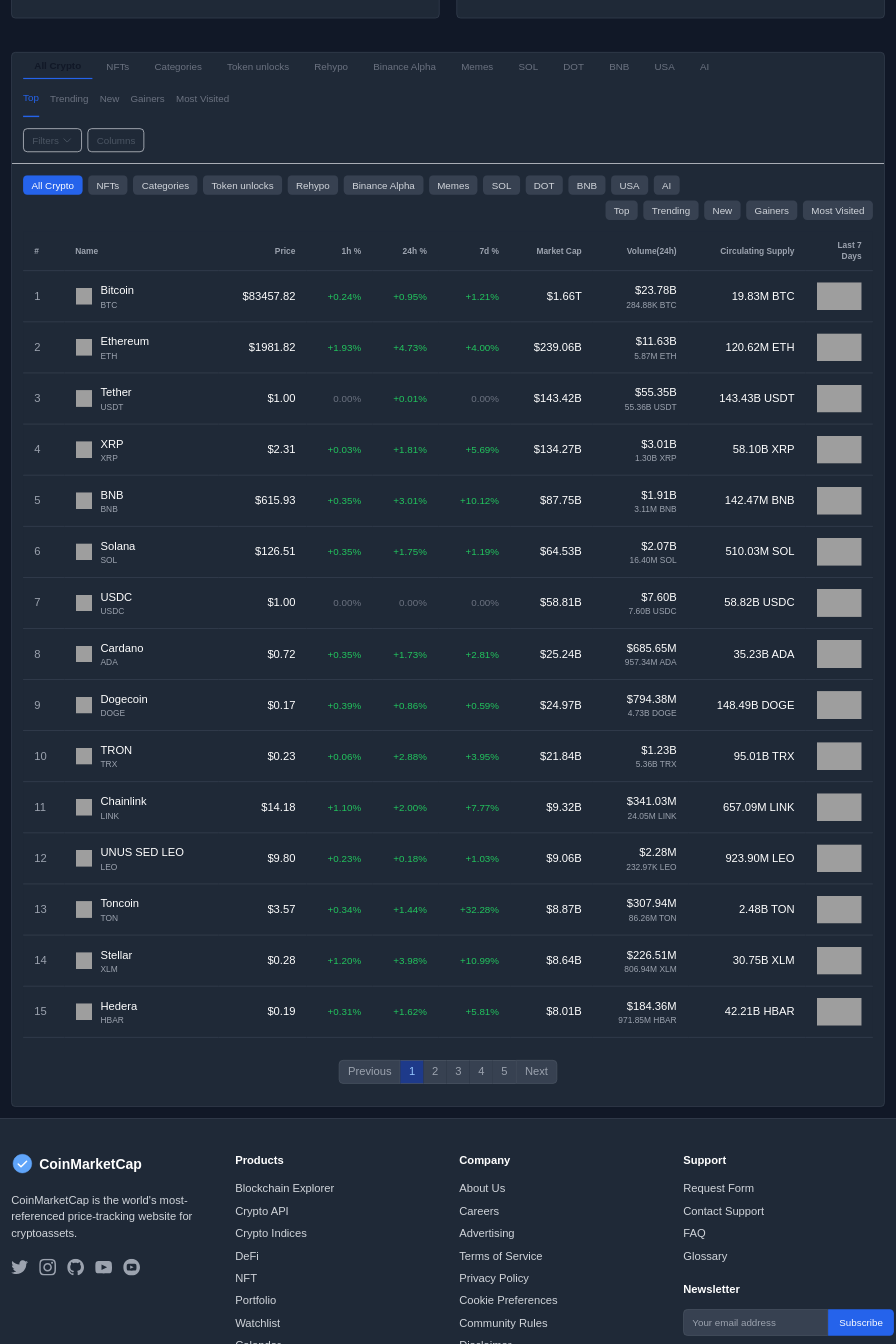
Repository: halilhaninan/testcmc
Page: /
The author's editor kept a copy of each file at every save. The page is drawn from the files as they stood at one save, then again after the next save.
The browser window is 1280 px wide. The pictures show the part of the page from y = 876 to 2796 px (the page is 2963 px tall before and 2883 px after), at 70% of full size.
Pictures or frames that could not be fetched are drawn as grey boxes. The project was rebuilt for these pictures with package versions that can differ from the ones it lists, and the page was loaded fresh each time. Also part of the build but not shown: vite.config.ts.

Above is the page before, as saved 2025-04-07 20:39:53.

### index.html
<!DOCTYPE html>
<html lang="en">

<head>
  <meta charset="UTF-8" />
  <link rel="icon" type="image/svg+xml" href="data:[embedded picture, 526 characters]" />
  <meta name="viewport" content="width=device-width, initial-scale=1.0" />
  <title>Cryptocurrency Prices, Charts, and Market Capitalizations | CoinMarketCap Clone</title>
  <meta name="description" content="A clone of CoinMarketCap - the world's most-referenced price-tracking website for cryptoassets in the rapidly growing cryptocurrency space." />
</head>

<body>
  <div id="root"></div>
  <script type="module" src="/src/main.tsx"></script>
</body>

</html>

### src/main.tsx
import { createRoot } from "react-dom/client";
import "./index.css";
import App from "./App.tsx";

const rootElement = document.getElementById("root");
if (!rootElement) {
  throw new Error("Failed to find root element");
}

createRoot(rootElement).render(<App />);

### src/index.css
@tailwind base;
@tailwind components;
@tailwind utilities;

body {
  font-family: Arial, Helvetica, sans-serif;
}

:root {
  --background: 0 0% 100%;
  --foreground: 240 10% 3.9%;
  --card: 0 0% 100%;
  --card-foreground: 240 10% 3.9%;
  --popover: 0 0% 100%;
  --popover-foreground: 240 10% 3.9%;
  --primary: 240 5.9% 10%;
  --primary-foreground: 0 0% 98%;
  --secondary: 240 4.8% 95.9%;
  --secondary-foreground: 240 5.9% 10%;
  --muted: 240 4.8% 95.9%;
  --muted-foreground: 240 3.8% 46.1%;
  --accent: 240 4.8% 95.9%;
  --accent-foreground: 240 5.9% 10%;
  --destructive: 0 84.2% 60.2%;
  --destructive-foreground: 0 0% 98%;
  --border: 240 5.9% 90%;
  --input: 240 5.9% 90%;
  --ring: 240 5.9% 10%;
  --radius: 0.5rem;
  --chart-1: 12 76% 61%;
  --chart-2: 173 58% 39%;
  --chart-3: 197 37% 24%;
  --chart-4: 43 74% 66%;
  --chart-5: 27 87% 67%;
}

.dark {
  --background: 240 10% 3.9%;
  --foreground: 0 0% 98%;
  --card: 240 10% 3.9%;
  --card-foreground: 0 0% 98%;
  --popover: 240 10% 3.9%;
  --popover-foreground: 0 0% 98%;
  --primary: 0 0% 98%;
  --primary-foreground: 240 5.9% 10%;
  --secondary: 240 3.7% 15.9%;
  --secondary-foreground: 0 0% 98%;
  --muted: 240 3.7% 15.9%;
  --muted-foreground: 240 5% 64.9%;
  --accent: 240 3.7% 15.9%;
  --accent-foreground: 0 0% 98%;
  --destructive: 0 62.8% 30.6%;
  --destructive-foreground: 0 0% 98%;
  --border: 240 3.7% 15.9%;
  --input: 240 3.7% 15.9%;
  --ring: 240 4.9% 83.9%;
  --chart-1: 220 70% 50%;
  --chart-2: 160 60% 45%;
  --chart-3: 30 80% 55%;
  --chart-4: 280 65% 60%;
  --chart-5: 340 75% 55%;
}

@layer utilities {
  .no-scrollbar::-webkit-scrollbar {
    display: none;
  }

  .no-scrollbar {
    -ms-overflow-style: none;  /* IE and Edge */
    scrollbar-width: none;  /* Firefox */
  }
}

### src/App.tsx
import React from "react";
import Header from "./components/layout/Header";
import Footer from "./components/layout/Footer";
import GlobalStats from "./components/ui/GlobalStats";
import TrendingSection from "./components/ui/TrendingSection";
import FilterTabs from "./components/ui/FilterTabs";
import CryptoTable from "./components/ui/CryptoTable";
import { ThemeProvider } from "./context/ThemeContext";

function App() {
  return (
    <ThemeProvider>
      <div className="flex min-h-screen flex-col bg-gray-50 transition-colors duration-200 dark:bg-gray-900">
        <Header />
        <main className="flex-grow">
          <GlobalStats />
          <TrendingSection />
          <div className="container mx-auto px-4 py-4">
            <div className="overflow-hidden rounded-md border border-gray-200 bg-white shadow-sm transition-colors duration-200 dark:border-gray-700 dark:bg-gray-800">
              <FilterTabs />
              <CryptoTable />
            </div>
          </div>
        </main>
        <Footer />
      </div>
    </ThemeProvider>
  );
}

export default App;

### src/components/ui/CryptoTable.tsx
import React from "react";
import { cryptocurrencies } from "../../data/mockData";
import {
  formatCurrency,
  formatCurrencyWithDecimals,
  formatNumber,
  formatSupply,
  getPercentClass,
} from "../../utils/formatters";

const CryptoTable: React.FC = () => {
  return (
    <div className="container mx-auto overflow-x-auto px-4">
      {/* Filters and Categories */}
      <div className="mb-4 flex flex-wrap items-center gap-2 text-sm">
        <div className="flex flex-wrap gap-2">
          <button className="rounded-md bg-blue-600 px-3 py-1 text-white">All Crypto</button>
          <button className="rounded-md bg-gray-100 px-3 py-1 text-gray-700 hover:bg-gray-200 dark:bg-gray-700 dark:text-gray-300 dark:hover:bg-gray-600">
            NFTs
          </button>
          <button className="rounded-md bg-gray-100 px-3 py-1 text-gray-700 hover:bg-gray-200 dark:bg-gray-700 dark:text-gray-300 dark:hover:bg-gray-600">
            Categories
          </button>
          <button className="rounded-md bg-gray-100 px-3 py-1 text-gray-700 hover:bg-gray-200 dark:bg-gray-700 dark:text-gray-300 dark:hover:bg-gray-600">
            Token unlocks
          </button>
          <button className="rounded-md bg-gray-100 px-3 py-1 text-gray-700 hover:bg-gray-200 dark:bg-gray-700 dark:text-gray-300 dark:hover:bg-gray-600">
            Rehypo
          </button>
          <button className="rounded-md bg-gray-100 px-3 py-1 text-gray-700 hover:bg-gray-200 dark:bg-gray-700 dark:text-gray-300 dark:hover:bg-gray-600">
            Binance Alpha
          </button>
          <button className="rounded-md bg-gray-100 px-3 py-1 text-gray-700 hover:bg-gray-200 dark:bg-gray-700 dark:text-gray-300 dark:hover:bg-gray-600">
            Memes
          </button>
          <button className="rounded-md bg-gray-100 px-3 py-1 text-gray-700 hover:bg-gray-200 dark:bg-gray-700 dark:text-gray-300 dark:hover:bg-gray-600">
            SOL
          </button>
          <button className="rounded-md bg-gray-100 px-3 py-1 text-gray-700 hover:bg-gray-200 dark:bg-gray-700 dark:text-gray-300 dark:hover:bg-gray-600">
            DOT
          </button>
          <button className="rounded-md bg-gray-100 px-3 py-1 text-gray-700 hover:bg-gray-200 dark:bg-gray-700 dark:text-gray-300 dark:hover:bg-gray-600">
            BNB
          </button>
          <button className="rounded-md bg-gray-100 px-3 py-1 text-gray-700 hover:bg-gray-200 dark:bg-gray-700 dark:text-gray-300 dark:hover:bg-gray-600">
            USA
          </button>
          <button className="rounded-md bg-gray-100 px-3 py-1 text-gray-700 hover:bg-gray-200 dark:bg-gray-700 dark:text-gray-300 dark:hover:bg-gray-600">
            AI
          </button>
        </div>
        <div className="ml-auto flex gap-2">
          <button className="rounded-md bg-gray-100 px-3 py-1 text-gray-700 hover:bg-gray-200 dark:bg-gray-700 dark:text-gray-300 dark:hover:bg-gray-600">
            Top
          </button>
          <button className="rounded-md bg-gray-100 px-3 py-1 text-gray-700 hover:bg-gray-200 dark:bg-gray-700 dark:text-gray-300 dark:hover:bg-gray-600">
            Trending
          </button>
          <button className="rounded-md bg-gray-100 px-3 py-1 text-gray-700 hover:bg-gray-200 dark:bg-gray-700 dark:text-gray-300 dark:hover:bg-gray-600">
            New
          </button>
          <button className="rounded-md bg-gray-100 px-3 py-1 text-gray-700 hover:bg-gray-200 dark:bg-gray-700 dark:text-gray-300 dark:hover:bg-gray-600">
            Gainers
          </button>
          <button className="rounded-md bg-gray-100 px-3 py-1 text-gray-700 hover:bg-gray-200 dark:bg-gray-700 dark:text-gray-300 dark:hover:bg-gray-600">
            Most Visited
          </button>
        </div>
      </div>

      <table className="min-w-full bg-white dark:bg-gray-800">
        <thead>
          <tr className="border-b border-gray-200 text-xs text-gray-500 dark:border-gray-700 dark:text-gray-400">
            <th className="px-4 py-3 text-left">#</th>
            <th className="px-4 py-3 text-left">Name</th>
            <th className="px-4 py-3 text-right">Price</th>
            <th className="px-4 py-3 text-right">1h %</th>
            <th className="px-4 py-3 text-right">24h %</th>
            <th className="px-4 py-3 text-right">7d %</th>
            <th className="px-4 py-3 text-right">Market Cap</th>
            <th className="px-4 py-3 text-right">Volume(24h)</th>
            <th className="px-4 py-3 text-right">Circulating Supply</th>
            <th className="px-4 py-3 text-right">Last 7 Days</th>
          </tr>
        </thead>
        <tbody>
          {cryptocurrencies.map((crypto) => (
            <tr
              key={crypto.id}
              className="border-b border-gray-200 hover:bg-gray-50 dark:border-gray-700 dark:hover:bg-gray-700"
            >
              <td className="px-4 py-4 text-left text-gray-500 dark:text-gray-400">
                {crypto.rank}
              </td>
              <td className="px-4 py-4 text-left">
                <div className="flex items-center">
                  <img src={crypto.logo} alt={crypto.name} className="mr-3 h-6 w-6" />
                  <div>
                    <div className="font-medium text-gray-900 dark:text-white">{crypto.name}</div>
                    <div className="text-xs text-gray-500 dark:text-gray-400">{crypto.symbol}</div>
                  </div>
                </div>
              </td>
              <td className="px-4 py-4 text-right font-medium text-gray-900 dark:text-white">
                {formatCurrencyWithDecimals(crypto.price)}
              </td>
              <td
                className={`px-4 py-4 text-right text-sm ${getPercentClass(crypto.percentChange1h)}`}
              >
                {crypto.percentChange1h > 0 ? "+" : ""}
                {crypto.percentChange1h.toFixed(2)}%
              </td>
              <td
                className={`px-4 py-4 text-right text-sm ${getPercentClass(crypto.percentChange24h)}`}
              >
                {crypto.percentChange24h > 0 ? "+" : ""}
                {crypto.percentChange24h.toFixed(2)}%
              </td>
              <td
                className={`px-4 py-4 text-right text-sm ${getPercentClass(crypto.percentChange7d)}`}
              >
                {crypto.percentChange7d > 0 ? "+" : ""}
                {crypto.percentChange7d.toFixed(2)}%
              </td>
              <td className="px-4 py-4 text-right font-medium text-gray-900 dark:text-white">
                {formatCurrency(crypto.marketCap)}
              </td>
              <td className="px-4 py-4 text-right">
                <div className="text-gray-900 dark:text-white">
                  {formatCurrency(crypto.volume24h)}
                </div>
                <div className="text-xs text-gray-500 dark:text-gray-400">
                  {formatNumber(crypto.volume24h / crypto.price)} {crypto.symbol}
                </div>
              </td>
              <td className="px-4 py-4 text-right">
                <div className="text-gray-900 dark:text-white">
                  {formatSupply(crypto.circulatingSupply, crypto.symbol)}
                </div>
              </td>
              <td className="w-24 px-4 py-4">
                <img
                  src={crypto.sparkline}
                  alt={`${crypto.name} 7d chart`}
                  className="h-10 w-full"
                />
              </td>
            </tr>
          ))}
        </tbody>
      </table>

      {/* Pagination */}
      <div className="my-8 flex justify-center">
        <nav className="inline-flex">
          <button className="rounded-l-md border border-gray-300 bg-white px-3 py-1 text-gray-500 hover:bg-gray-50 dark:border-gray-600 dark:bg-gray-700 dark:text-gray-400 dark:hover:bg-gray-600">
            Previous
          </button>
          <button className="border-b border-t border-gray-300 bg-blue-50 px-3 py-1 font-medium text-blue-600 dark:border-gray-600 dark:bg-blue-900 dark:text-blue-300">
            1
          </button>
          <button className="border-b border-t border-gray-300 bg-white px-3 py-1 text-gray-500 hover:bg-gray-50 dark:border-gray-600 dark:bg-gray-700 dark:text-gray-400 dark:hover:bg-gray-600">
            2
          </button>
          <button className="border-b border-t border-gray-300 bg-white px-3 py-1 text-gray-500 hover:bg-gray-50 dark:border-gray-600 dark:bg-gray-700 dark:text-gray-400 dark:hover:bg-gray-600">
            3
          </button>
          <button className="border-b border-t border-gray-300 bg-white px-3 py-1 text-gray-500 hover:bg-gray-50 dark:border-gray-600 dark:bg-gray-700 dark:text-gray-400 dark:hover:bg-gray-600">
            4
          </button>
          <button className="border-b border-t border-gray-300 bg-white px-3 py-1 text-gray-500 hover:bg-gray-50 dark:border-gray-600 dark:bg-gray-700 dark:text-gray-400 dark:hover:bg-gray-600">
            5
          </button>
          <button className="rounded-r-md border border-gray-300 bg-white px-3 py-1 text-gray-500 hover:bg-gray-50 dark:border-gray-600 dark:bg-gray-700 dark:text-gray-400 dark:hover:bg-gray-600">
            Next
          </button>
        </nav>
      </div>
    </div>
  );
};

export default CryptoTable;

### src/context/ThemeContext.tsx
import React, { createContext, useContext, useState, useEffect } from "react";

type ThemeContextType = {
  isDarkMode: boolean;
  toggleTheme: () => void;
};

const ThemeContext = createContext<ThemeContextType | undefined>(undefined);

export const ThemeProvider: React.FC<{ children: React.ReactNode }> = ({ children }) => {
  const [isDarkMode, setIsDarkMode] = useState<boolean>(() => {
    // Varsayılan olarak dark mode'u aktif et
    return true;
  });

  useEffect(() => {
    if (isDarkMode) {
      document.documentElement.classList.add("dark");
    } else {
      document.documentElement.classList.remove("dark");
    }
  }, [isDarkMode]);

  const toggleTheme = () => {
    setIsDarkMode(!isDarkMode);
  };

  return (
    <ThemeContext.Provider value={{ isDarkMode, toggleTheme }}>{children}</ThemeContext.Provider>
  );
};

export const useTheme = () => {
  const context = useContext(ThemeContext);
  if (context === undefined) {
    throw new Error("useTheme must be used within a ThemeProvider");
  }
  return context;
};

### src/utils/formatters.ts
/**
 * Format large numbers to a readable format with abbreviations (K, M, B, T)
 */
export const formatNumber = (num: number): string => {
  if (num === undefined || num === null) return "N/A";

  if (num >= 1e12) {
    return (num / 1e12).toFixed(2) + 'T';
  } else if (num >= 1e9) {
    return (num / 1e9).toFixed(2) + 'B';
  } else if (num >= 1e6) {
    return (num / 1e6).toFixed(2) + 'M';
  } else if (num >= 1e3) {
    return (num / 1e3).toFixed(2) + 'K';
  } else {
    return num.toFixed(2);
  }
};

/**
 * Format a number as a currency with $ prefix
 */
export const formatCurrency = (num: number): string => {
  if (num === undefined || num === null) return "N/A";

  if (num >= 1e12) {
    return '$' + (num / 1e12).toFixed(2) + 'T';
  } else if (num >= 1e9) {
    return '$' + (num / 1e9).toFixed(2) + 'B';
  } else if (num >= 1e6) {
    return '$' + (num / 1e6).toFixed(2) + 'M';
  } else if (num >= 1e3) {
    return '$' + (num / 1e3).toFixed(2) + 'K';
  } else {
    return '$' + num.toFixed(2);
  }
};

/**
 * Format a number as a currency with $ prefix and maximum decimals
 */
export const formatCurrencyWithDecimals = (num: number, decimals = 2): string => {
  if (num === undefined || num === null) return "N/A";

  // For small numbers (stablecoins), show more decimals
  if (num < 1 && num > 0) {
    return '$' + num.toFixed(Math.min(6, decimals));
  }

  // For normal numbers
  return '$' + num.toFixed(decimals);
};

/**
 * Format a percentage with % suffix and color
 */
export const formatPercent = (num: number): string => {
  if (num === undefined || num === null) return "N/A";
  return (num > 0 ? '+' : '') + num.toFixed(2) + '%';
};

/**
 * Format supply numbers
 */
export const formatSupply = (num: number, symbol: string): string => {
  if (num === undefined || num === null) return "N/A";

  if (num >= 1e12) {
    return (num / 1e12).toFixed(2) + 'T ' + symbol;
  } else if (num >= 1e9) {
    return (num / 1e9).toFixed(2) + 'B ' + symbol;
  } else if (num >= 1e6) {
    return (num / 1e6).toFixed(2) + 'M ' + symbol;
  } else if (num >= 1e3) {
    return (num / 1e3).toFixed(2) + 'K ' + symbol;
  } else {
    return num.toFixed(2) + ' ' + symbol;
  }
};

/**
 * Get CSS class for positive or negative percentage
 */
export const getPercentClass = (percent: number): string => {
  if (percent > 0) {
    return 'text-green-500';
  } else if (percent < 0) {
    return 'text-red-500';
  } else {
    return 'text-gray-500';
  }
};

Loaded but not shown: tailwind.config.js (118 lines, source omitted); src/components/layout/Footer.tsx (269 lines, source omitted); src/data/mockData.ts (340 lines, source omitted); src/components/layout/Header.tsx (201 lines, source omitted); src/components/ui/GlobalStats.tsx (109 lines, source omitted); src/components/ui/TrendingSection.tsx (97 lines, source omitted); src/components/ui/FilterTabs.tsx (93 lines, source omitted)

After the next save:
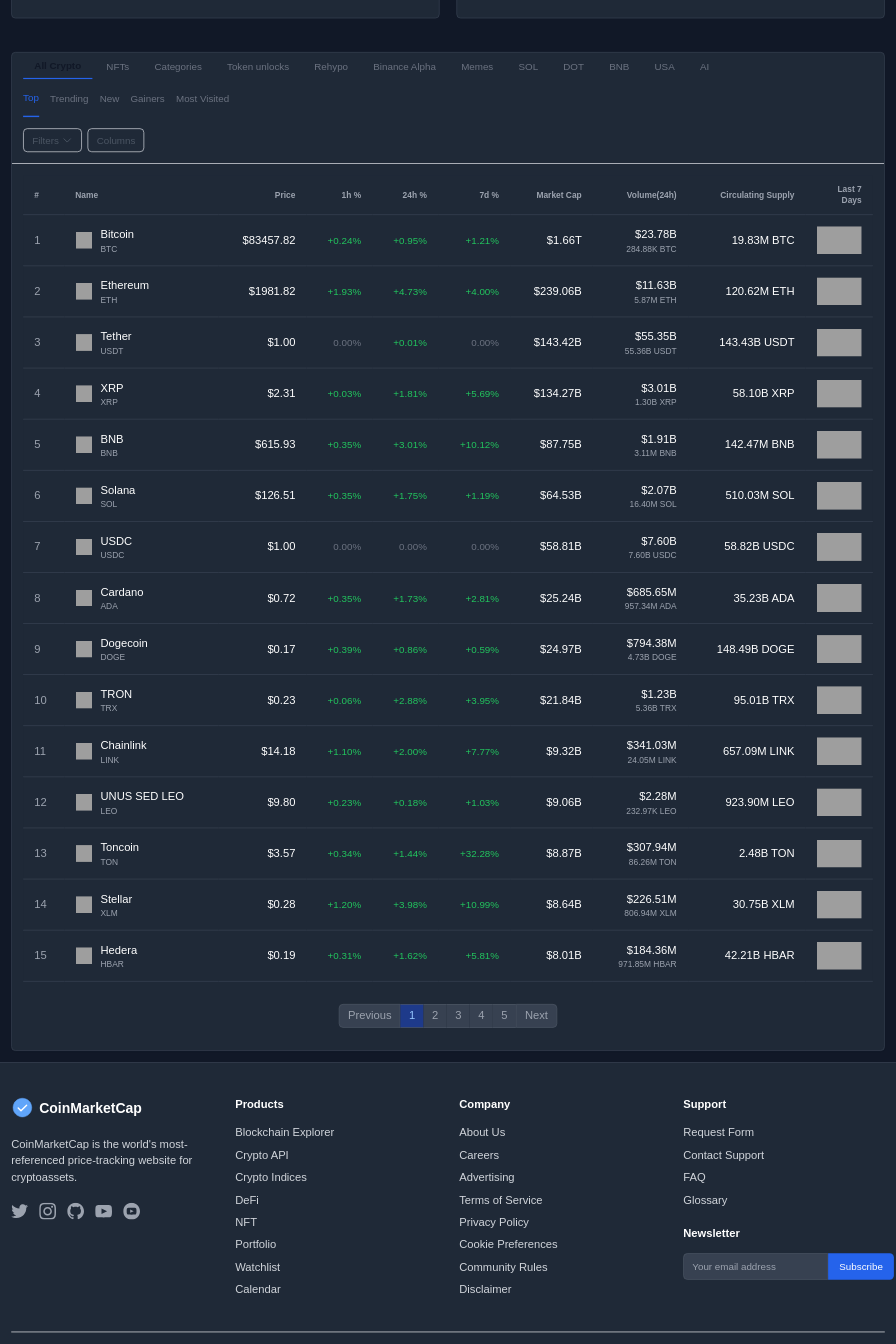
Saved 48 s later.
--- a/src/components/ui/CryptoTable.tsx
+++ b/src/components/ui/CryptoTable.tsx
@@ -11,63 +11,6 @@
 const CryptoTable: React.FC = () => {
   return (
     <div className="container mx-auto overflow-x-auto px-4">
-      {/* Filters and Categories */}
-      <div className="mb-4 flex flex-wrap items-center gap-2 text-sm">
-        <div className="flex flex-wrap gap-2">
-          <button className="rounded-md bg-blue-600 px-3 py-1 text-white">All Crypto</button>
-          <button className="rounded-md bg-gray-100 px-3 py-1 text-gray-700 hover:bg-gray-200 dark:bg-gray-700 dark:text-gray-300 dark:hover:bg-gray-600">
-            NFTs
-          </button>
-          <button className="rounded-md bg-gray-100 px-3 py-1 text-gray-700 hover:bg-gray-200 dark:bg-gray-700 dark:text-gray-300 dark:hover:bg-gray-600">
-            Categories
-          </button>
-          <button className="rounded-md bg-gray-100 px-3 py-1 text-gray-700 hover:bg-gray-200 dark:bg-gray-700 dark:text-gray-300 dark:hover:bg-gray-600">
-            Token unlocks
-          </button>
-          <button className="rounded-md bg-gray-100 px-3 py-1 text-gray-700 hover:bg-gray-200 dark:bg-gray-700 dark:text-gray-300 dark:hover:bg-gray-600">
-            Rehypo
-          </button>
-          <button className="rounded-md bg-gray-100 px-3 py-1 text-gray-700 hover:bg-gray-200 dark:bg-gray-700 dark:text-gray-300 dark:hover:bg-gray-600">
-            Binance Alpha
-          </button>
-          <button className="rounded-md bg-gray-100 px-3 py-1 text-gray-700 hover:bg-gray-200 dark:bg-gray-700 dark:text-gray-300 dark:hover:bg-gray-600">
-            Memes
-          </button>
-          <button className="rounded-md bg-gray-100 px-3 py-1 text-gray-700 hover:bg-gray-200 dark:bg-gray-700 dark:text-gray-300 dark:hover:bg-gray-600">
-            SOL
-          </button>
-          <button className="rounded-md bg-gray-100 px-3 py-1 text-gray-700 hover:bg-gray-200 dark:bg-gray-700 dark:text-gray-300 dark:hover:bg-gray-600">
-            DOT
-          </button>
-          <button className="rounded-md bg-gray-100 px-3 py-1 text-gray-700 hover:bg-gray-200 dark:bg-gray-700 dark:text-gray-300 dark:hover:bg-gray-600">
-            BNB
-          </button>
-          <button className="rounded-md bg-gray-100 px-3 py-1 text-gray-700 hover:bg-gray-200 dark:bg-gray-700 dark:text-gray-300 dark:hover:bg-gray-600">
-            USA
-          </button>
-          <button className="rounded-md bg-gray-100 px-3 py-1 text-gray-700 hover:bg-gray-200 dark:bg-gray-700 dark:text-gray-300 dark:hover:bg-gray-600">
-            AI
-          </button>
-        </div>
-        <div className="ml-auto flex gap-2">
-          <button className="rounded-md bg-gray-100 px-3 py-1 text-gray-700 hover:bg-gray-200 dark:bg-gray-700 dark:text-gray-300 dark:hover:bg-gray-600">
-            Top
-          </button>
-          <button className="rounded-md bg-gray-100 px-3 py-1 text-gray-700 hover:bg-gray-200 dark:bg-gray-700 dark:text-gray-300 dark:hover:bg-gray-600">
-            Trending
-          </button>
-          <button className="rounded-md bg-gray-100 px-3 py-1 text-gray-700 hover:bg-gray-200 dark:bg-gray-700 dark:text-gray-300 dark:hover:bg-gray-600">
-            New
-          </button>
-          <button className="rounded-md bg-gray-100 px-3 py-1 text-gray-700 hover:bg-gray-200 dark:bg-gray-700 dark:text-gray-300 dark:hover:bg-gray-600">
-            Gainers
-          </button>
-          <button className="rounded-md bg-gray-100 px-3 py-1 text-gray-700 hover:bg-gray-200 dark:bg-gray-700 dark:text-gray-300 dark:hover:bg-gray-600">
-            Most Visited
-          </button>
-        </div>
-      </div>
-
       <table className="min-w-full bg-white dark:bg-gray-800">
         <thead>
           <tr className="border-b border-gray-200 text-xs text-gray-500 dark:border-gray-700 dark:text-gray-400">
